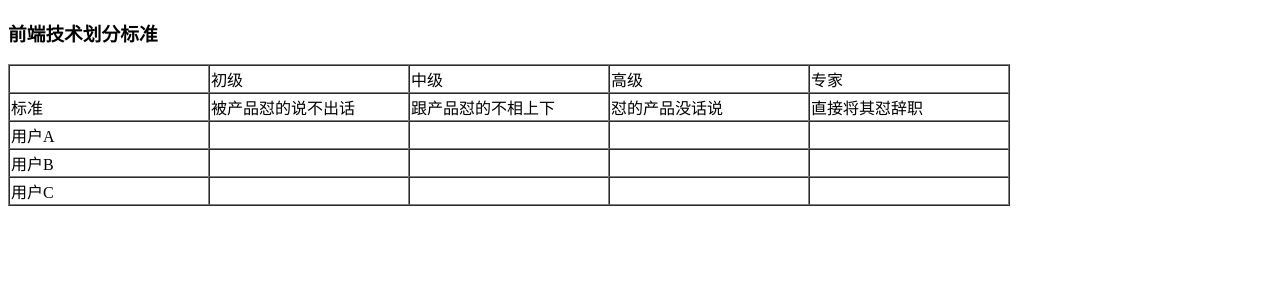
Repository: fixbb/workspace
Page: 006简单表格制作/index.html
An editor plug-in stored every save of this project. The page is shown before and after the next save, followed by the edit.
The browser window is 1280 px wide. The pictures show the whole page.

Above is the page before, as saved 2021-08-23 16:10:58.

### 006简单表格制作/index.html
<!DOCTYPE html>
<html lang="en">
<head>
    <meta charset="UTF-8">
    <meta http-equiv="X-UA-Compatible" content="IE=edge">
    <meta name="viewport" content="width=device-width, initial-scale=1.0">
    <title>表格</title>
</head>
<body>
    <h3>前端技术划分标准</h3>
    <!-- cellspacing表示单元格间隙
        align表示对齐方式
    -->
    <table border="1" cellspacing="0">
        <col width="200px" align="center">
        <col width="200px" align="center">
        <col width="200px" align="center">
        <col width="200px" align="center">
        <col width="200px" align="center">
        <tr>
            <td></td>
            <td>初级</td>
            <td>中级</td>
            <td>高级</td>
            <td>专家</td>
        </tr>
        <tr>
            <td>标准</td>
            <td>被产品怼的说不出话</td>
            <td>跟产品怼的不相上下</td>
            <td>怼的产品没话说</td>
            <td>直接将其怼辞职</td>
        </tr>
        <tr>
            <td>用户A</td>
            <td></td>
            <td></td>
            <td></td>
            <td></td>
        </tr>
        <tr>
            <td>用户B</td>
            <td></td>
            <td></td>
            <td></td>
            <td></td>
        </tr>
        <tr>
            <td>用户C</td>
            <td></td>
            <td></td>
            <td></td>
            <td></td>
        </tr>
    </table>
</body>
</html>

After the next save:
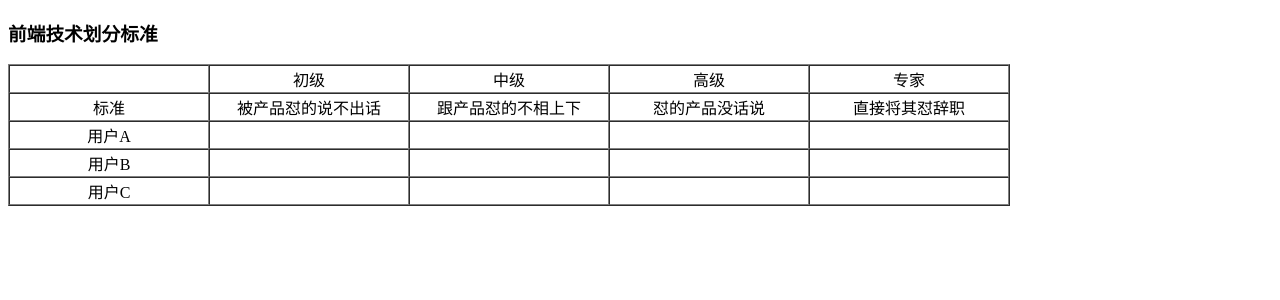
Saved 45 s later.
--- a/006简单表格制作/index.html
+++ b/006简单表格制作/index.html
@@ -12,46 +12,46 @@
         align表示对齐方式
     -->
     <table border="1" cellspacing="0">
-        <col width="200px" align="center">
-        <col width="200px" align="center">
-        <col width="200px" align="center">
-        <col width="200px" align="center">
-        <col width="200px" align="center">
-        <tr>
+        <col width="200px">
+        <col width="200px">
+        <col width="200px">
+        <col width="200px">
+        <col width="200px">
+        <tr align="center">
             <td></td>
             <td>初级</td>
             <td>中级</td>
             <td>高级</td>
             <td>专家</td>
-        </tr>
-        <tr>
+        </tr align="center">
+        <tr align="center">
             <td>标准</td>
             <td>被产品怼的说不出话</td>
             <td>跟产品怼的不相上下</td>
             <td>怼的产品没话说</td>
             <td>直接将其怼辞职</td>
-        </tr>
-        <tr>
+        </tr align="center">
+        <tr align="center">
             <td>用户A</td>
             <td></td>
             <td></td>
             <td></td>
             <td></td>
-        </tr>
-        <tr>
+        </tr align="center">
+        <tr align="center">
             <td>用户B</td>
             <td></td>
             <td></td>
             <td></td>
             <td></td>
-        </tr>
-        <tr>
+        </tr align="center">
+        <tr align="center">
             <td>用户C</td>
             <td></td>
             <td></td>
             <td></td>
             <td></td>
-        </tr>
+        </tr align="center">
     </table>
 </body>
 </html>
